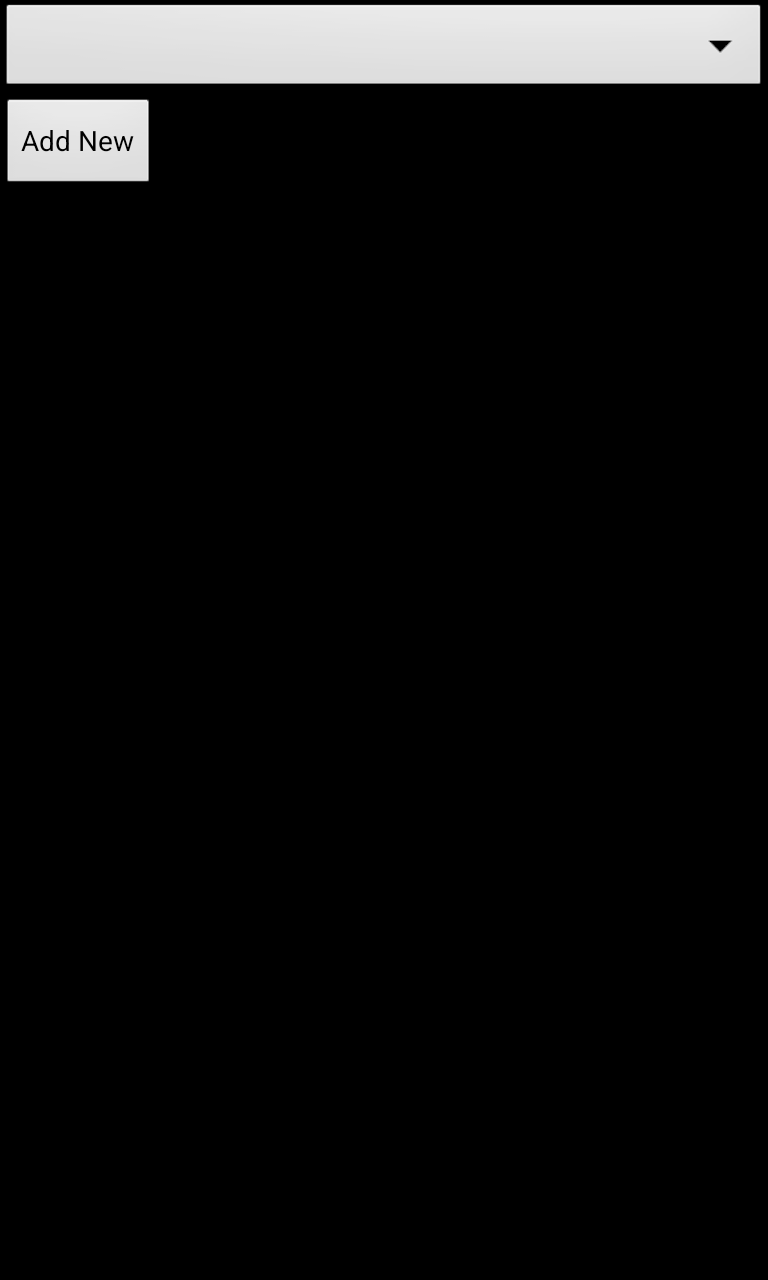
Repository: nuces-acm/DevFest-12-Team-9
Layout: data/Eclipse Workspace of android/Devfest/DCSClientApp/res/layout/submitatest.xml
The author's editor kept a copy of each file at every save. The layout is drawn from the files as they stood at one save, then again after the next save.
It is drawn on a 768 x 1280 px phone screen (xhdpi) without system bars, with theme android:Theme; the app's code is not run.

Above is the layout before, as saved 2012-03-31 23:32:13.

After the next save:
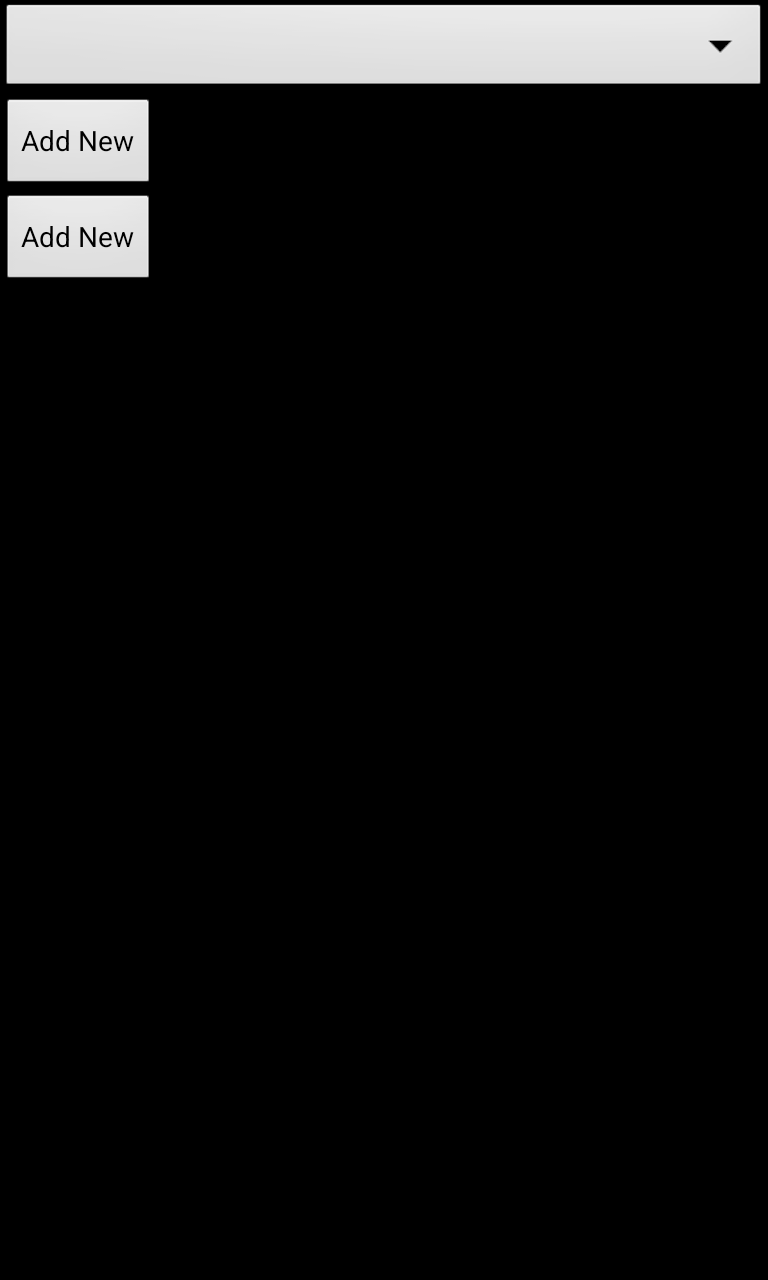
Saved 21 s later.
--- a/data/Eclipse Workspace of android/Devfest/DCSClientApp/res/layout/submitatest.xml
+++ b/data/Eclipse Workspace of android/Devfest/DCSClientApp/res/layout/submitatest.xml
@@ -16,4 +16,11 @@
         android:layout_height="wrap_content"
         android:text="Add New" />
 
+    <Button
+        android:id="@+id/addButton"
+        android:layout_width="wrap_content"
+        android:layout_height="wrap_content"
+        android:text="Add New" />
+
+
 </LinearLayout>
